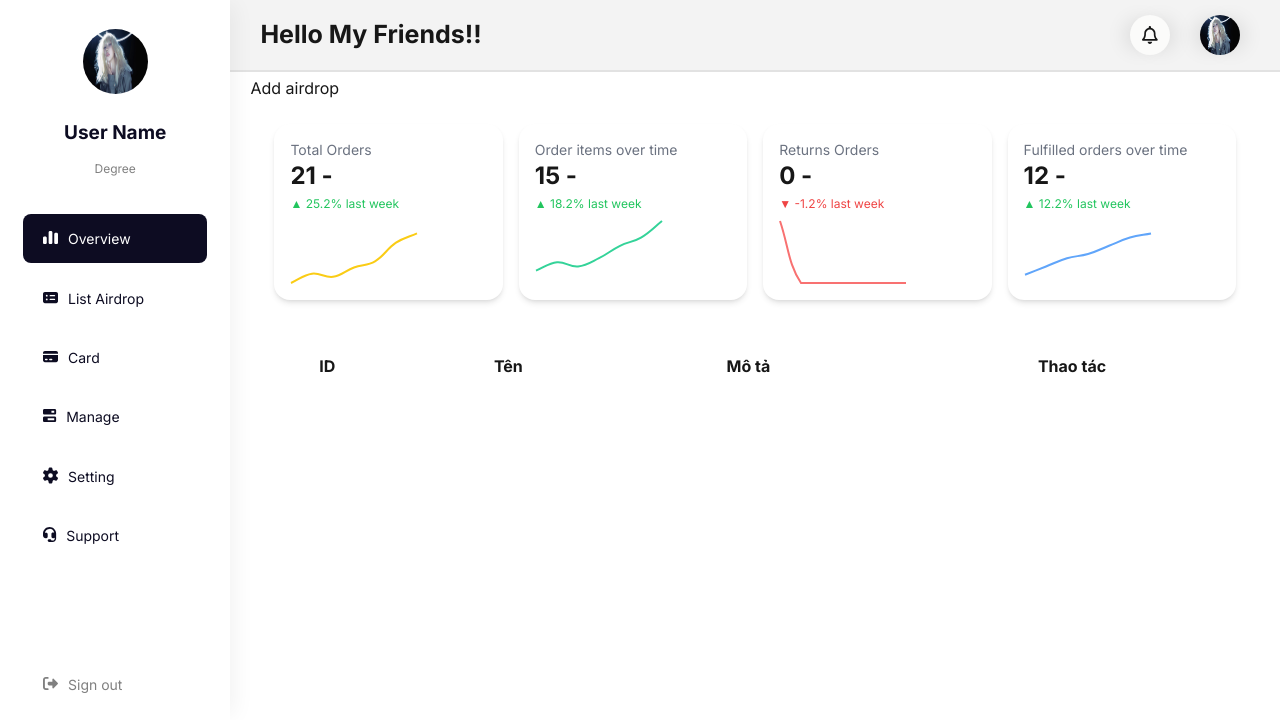
Repository: conGaStuer/airdropmamager
Page: /airdrops
The author's editor kept a copy of each file at every save. The page is drawn from the files as they stood at one save, then again after a run of saves.
The browser window is 1280 px wide. The pictures show the whole page.
The page's requests for data from a server got no answer. The project was rebuilt for these pictures with package versions that can differ from the ones it lists, and the page was loaded fresh each time. The framework's server and built-in components were replaced by stand-ins that run in the browser. No one was signed in, and anything a server would have sent is missing. Also part of the build but not shown: next.config.ts.

Above is the page before, as saved 2025-05-26 19:46:22.

### src/app/layout.tsx
// app/layout.tsx
import { Inter } from "next/font/google";
import "../styles/globals.css";
import NavBar from "@/components/NavBar";
import SideBar from "@/components/SideBar";

const inter = Inter({ subsets: ["latin"] });

export const metadata = {
  title: "Airdrop Admin",
  description: "Manage Airdrops",
};

// app/layout.tsx
export default function RootLayout({
  children,
}: {
  children: React.ReactNode;
}) {
  return (
    <html lang="en">
      <body>{children}</body>
    </html>
  );
}

### src/app/airdrops/layout.js
// app/airdrops/layout.js (hoặc layout.tsx nếu bạn dùng TypeScript)
"use client";
import React from "react";
import NavBar from "@/components/NavBar";
import SideBar from "@/components/SideBar";

export default function AirdropLayout({ children }) {
  return (
    <div className="flex">
      <SideBar />
      <div className="flex-1">
        <NavBar />
        <main className="pt-14 ">{children}</main>
      </div>
    </div>
  );
}

### src/app/airdrops/page.js
"use client";
import React from "react";
import { useState, useEffect } from "react";
import axios from "axios";
import { useRouter } from "next/navigation";

import StatCard from "@/components/StatCard";

export default function AirdropPages() {
  const [airdrops, setAirdrops] = useState([]);

  useEffect(() => {
    const fetchAirdrops = async () => {
      try {
        const res = await axios.get("http://localhost:5000/api/airdrops");
        setAirdrops(res.data);
      } catch (err) {
        console.error("Error fetching airdrops:", err);
      }
    };
    fetchAirdrops();
  }, []);

  const handleDelete = async (id) => {
    if (confirm("Bạn có chắc muốn xóa airdrop này không?")) {
      await axios.delete(`http://localhost:5000/api/airdrops/${id}`);
      const res = await axios.get("http://localhost:5000/api/airdrops");
      setAirdrops(res.data);
    }
  };
  const router = useRouter();
  return (
    <div style={{ padding: 20 }}>
      <button onClick={() => router.push("./airdrops/new")}>Add airdrop</button>
      <div className="p-6 grid grid-cols-1 md:grid-cols-2 lg:grid-cols-4 gap-4">
        <StatCard
          title="Total Orders"
          value={21}
          percentage={25.2}
          isUp={true}
          chartColor="#FACC15" // yellow
          data={[5, 8, 7, 10, 12, 18, 21]}
        />
        <StatCard
          title="Order items over time"
          value={15}
          percentage={18.2}
          isUp={true}
          chartColor="#34D399" // green
          data={[3, 5, 4, 6, 9, 11, 15]}
        />
        <StatCard
          title="Returns Orders"
          value={0}
          percentage={-1.2}
          isUp={false}
          chartColor="#F87171" // red
          data={[1, 0, 0, 0, 0, 0, 0]}
        />
        <StatCard
          title="Fulfilled orders over time"
          value={12}
          percentage={12.2}
          isUp={true}
          chartColor="#60A5FA" // blue
          data={[2, 4, 6, 7, 9, 11, 12]}
        />
      </div>
      <table
        border="1"
        cellPadding="10"
        style={{ marginTop: 20, width: "100%" }}
      >
        <thead>
          <tr>
            <th>ID</th>
            <th>Tên</th>
            <th>Mô tả</th>
            <th>Thao tác</th>
          </tr>
        </thead>
        <tbody>
          {airdrops.map((item) => (
            <tr key={item.id}>
              <td>{item.id}</td>
              <td>{item.name}</td>
              <td>{item.description}</td>
              <td>
                <button
                  onClick={() => router.push(`./airdrops/${item.id}/edit`)}
                >
                  Edit
                </button>
                <button onClick={() => handleDelete(item.id)}>Delete</button>
              </td>
            </tr>
          ))}
        </tbody>
      </table>
    </div>
  );
}

### src/styles/globals.css
@tailwind base;
@tailwind components;
@tailwind utilities;

:root {
  --background: #ffffff;
  --foreground: #171717;
}

@media (prefers-color-scheme: dark) {
  :root {
    --background: #ffffff;
    --foreground: #393737;
  }
}

body {
  color: var(--foreground);
  background: var(--background);
  font-family: inter;
  background-size: cover;
  background-position: center;
}

### src/components/NavBar.js
import React from "react";
import "../styles/navbar.scss";
import { FontAwesomeIcon } from "@fortawesome/react-fontawesome";
import {
  faEdit,
  faTrash,
  faRectangleList,
  faChartSimple,
  faCreditCard,
  faBarsProgress,
  faGear,
  faHeadset,
  faRightFromBracket,
  faRing,
} from "@fortawesome/free-solid-svg-icons";
import { faBell } from "@fortawesome/free-regular-svg-icons";
import Image from "next/image";
export default function NavBar() {
  return (
    <div className="nav-side">
      <p>Hello My Friends!!</p>
      <div className="menu">
        <div className="iconn">
          <FontAwesomeIcon icon={faBell} className="icon" />
        </div>
        <Image src="/styles/avt.jpg" alt="Avatar" width={20} height={20} />
      </div>
    </div>
  );
}

### src/components/SideBar.js
import React from "react";
import "../styles/sideBar.scss";
import { FontAwesomeIcon } from "@fortawesome/react-fontawesome";
import {
  faEdit,
  faTrash,
  faRectangleList,
  faChartSimple,
  faCreditCard,
  faBarsProgress,
  faGear,
  faHeadset,
  faRightFromBracket,
} from "@fortawesome/free-solid-svg-icons";
import Image from "next/image";
import Link from "next/link";
export default function SideBar() {
  return (
    <div className="side-bar">
      <div className="side-info">
        <div className="user-profile">
          <Image src="/styles/avt.jpg" alt="Avatar" width={80} height={80} />
          <h4>User Name</h4>
          <p>Degree</p>
        </div>
      </div>
      <div className="side-menu">
        <div className="menu-element menu-element1">
          <FontAwesomeIcon icon={faChartSimple} className="icon" />

          <span>Overview</span>
        </div>
        <Link href="./airdrops" className="menu-element">
          <FontAwesomeIcon icon={faRectangleList} className="icon" />

          <span>List Airdrop</span>
        </Link>
        <div className="menu-element">
          <FontAwesomeIcon icon={faCreditCard} className="icon" />
          <span>Card</span>
        </div>
        <div className="menu-element">
          <FontAwesomeIcon icon={faBarsProgress} className="icon" />
          <span>Manage</span>
        </div>
        <div className="menu-element">
          <FontAwesomeIcon icon={faGear} className="icon" />
          <span>Setting</span>
        </div>
        <div className="menu-element">
          <FontAwesomeIcon icon={faHeadset} className="icon" />

          <span>Support</span>
        </div>
      </div>
      <div className="side-logout">
        <FontAwesomeIcon icon={faRightFromBracket} className="icon" />
        <span>Sign out</span>
      </div>
    </div>
  );
}

### src/components/StatCard.js
import { Line } from "react-chartjs-2";
import {
  Chart as ChartJS,
  LineElement,
  CategoryScale,
  LinearScale,
  PointElement,
} from "chart.js";

ChartJS.register(LineElement, CategoryScale, LinearScale, PointElement);

export default function StatCard({
  title,
  value,
  percentage,
  chartColor,
  data,
  isUp,
}) {
  return (
    <div className="bg-white p-4 rounded-2xl shadow-md w-full max-w-xs ">
      <div className="text-sm text-gray-500">{title}</div>
      <div className="flex items-center justify-between">
        <div className="text-2xl font-bold">{value} -</div>
      </div>
      <div className="flex items-center text-xs text-gray-400 mt-1">
        <span className={isUp ? "text-green-500" : "text-red-500"}>
          {isUp ? "▲" : "▼"} {percentage}% last week
        </span>
      </div>
      <div className="h-16 mt-2">
        <Line
          data={{
            labels: data.map((_, i) => i),
            datasets: [
              {
                data,
                borderColor: chartColor,
                borderWidth: 2,
                tension: 0.4,
                pointRadius: 0,
              },
            ],
          }}
          options={{
            responsive: true,
            plugins: {
              legend: { display: false },
              tooltip: { enabled: false },
            },
            scales: {
              x: { display: false },
              y: { display: false },
            },
          }}
        />
      </div>
    </div>
  );
}

### src/styles/navbar.scss
@mixin center-div {
  display: flex;

  justify-content: space-between;
  align-items: center;
}
@mixin no-space-text {
  margin: 0px;
  padding: 0px;
}
.nav-side {
  width: 82%;
  height: 10vh;
  background-color: #f3f3f3;
  position: fixed;
  float: right;
  right: 0px;

  border-bottom-right-radius: 0px;
  @include center-div();
  padding-left: 30px;
  padding-right: 40px;
  border-bottom: 2px solid rgb(226, 226, 226);
  p {
    font-size: 25px;
    font-weight: bold;
    font-family: "Inter", sans-serif;
  }
  .menu {
    width: 120px;
    height: 90%;
    @include center-div();

    .iconn {
      width: 40px;
      height: 40px;
      background-color: #fbfbfa;
      border-radius: 50%;
      @include center-div();
      justify-content: center;
      position: relative;
      left: 10px;
      box-shadow: 10px 0 20px -5px rgba(0, 0, 0, 0.1),
        -10px 0 20px -5px rgba(0, 0, 0, 0.1);

      .icon {
        font-size: 18px;
      }
    }
    img {
      width: 40px;
      height: 40px;
      border-radius: 50%;
      box-shadow: 10px 0 20px -5px rgba(0, 0, 0, 0.1),
        -10px 0 20px -5px rgba(0, 0, 0, 0.1);
    }
  }
}

### src/styles/sideBar.scss
@mixin center-div {
  display: flex;
  flex-direction: column;
  justify-content: space-between;
  align-items: center;
}
@mixin no-space-text {
  margin: 0px;
  padding: 0px;
}
.side-bar {
  font-family: "Inter", sans-serif;
  @include center-div();
  width: 18%;
  height: 100vh;
  background-color: white;
  color: #808080;
  box-shadow: 10px 0 20px -5px rgba(0, 0, 0, 0.05),
    -10px 0 20px -5px rgba(0, 0, 0, 0.05);
  z-index: 1;
  .icon {
    font-size: 15px;
    margin-right: 10px;
    position: relative;
    top: -1px;
  }
  .side-info {
    width: 80%;
    height: 34%;
    display: flex;
    flex-direction: column;
    justify-content: space-around;
    align-items: center;
    position: relative;
    top: -10px;
    h4 {
      @include no-space-text();
      font-size: 18px;
      font-weight: bold;
    }
    .user-profile {
      width: 75%;
      height: 68%;
      @include center-div();

      img {
        width: 65px;
        height: 65px;
        border-radius: 50%;
      }
      h4 {
        font-size: 19px;
        font-weight: bold;
        @include no-space-text();
        position: relative;
        top: -3px;
        color: #0d0c22;
      }
      p {
        @include no-space-text();
        font-size: 12px;
        position: relative;
        top: -18px;
      }
    }
  }
  .side-menu {
    width: 80%;
    height: 48%;
    @include center-div();
    position: relative;
    top: -65px;
    .menu-element {
      width: 100%;
      height: 14%;
      background-color: white;
      border-radius: 8px;
      font-size: 14px;
      display: flex;
      align-items: center;
      padding: 20px;
      color: #0d0c22;
    }
    .menu-element1 {
      background-color: #0d0c22;
      color: white;
    }
  }
  .side-logout {
    width: 80%;
    height: 7%;
    display: flex;
    align-items: center;
    padding: 20px;
    margin-bottom: 10px;
    span {
      font-size: 14px;
    }
  }
}

### tailwind.config.ts
import type { Config } from "tailwindcss";

export default {
  content: [
    "./src/pages/**/*.{js,ts,jsx,tsx,mdx}",
    "./src/components/**/*.{js,ts,jsx,tsx,mdx}",
    "./src/app/**/*.{js,ts,jsx,tsx,mdx}",
  ],
  theme: {
    extend: {
      colors: {
        background: "var(--background)",
        foreground: "var(--foreground)",
      },
      fontFamily: {
        sans: ["var(--font-inter)", "sans-serif"],
      },
    },
  },
  plugins: [],
} satisfies Config;

After the next 2 saves:
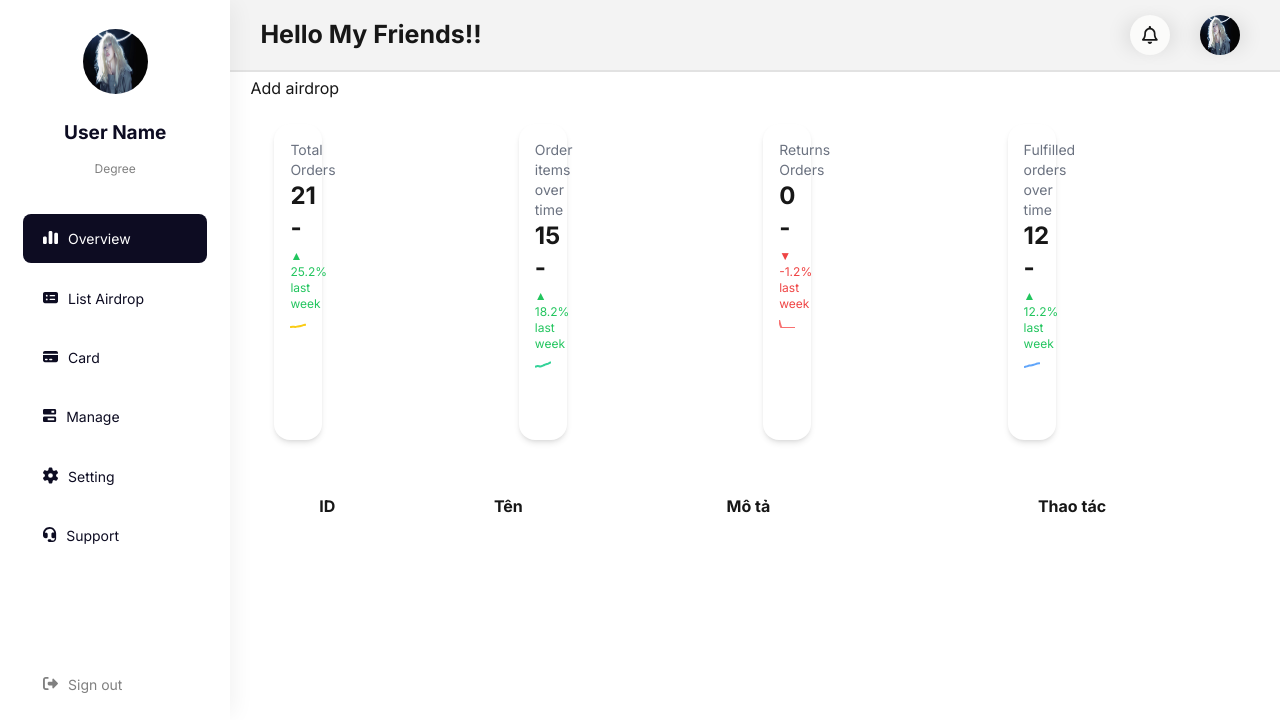
The 2 saves are shown as one change because they came seconds apart.
The last was saved 14 s later.
--- a/src/components/StatCard.js
+++ b/src/components/StatCard.js
@@ -18,7 +18,7 @@
   isUp,
 }) {
   return (
-    <div className="bg-white p-4 rounded-2xl shadow-md w-full max-w-xs ">
+    <div className="bg-white p-4 rounded-2xl shadow-md w-full max-w-12 ">
       <div className="text-sm text-gray-500">{title}</div>
       <div className="flex items-center justify-between">
         <div className="text-2xl font-bold">{value} -</div>

After the save that followed:
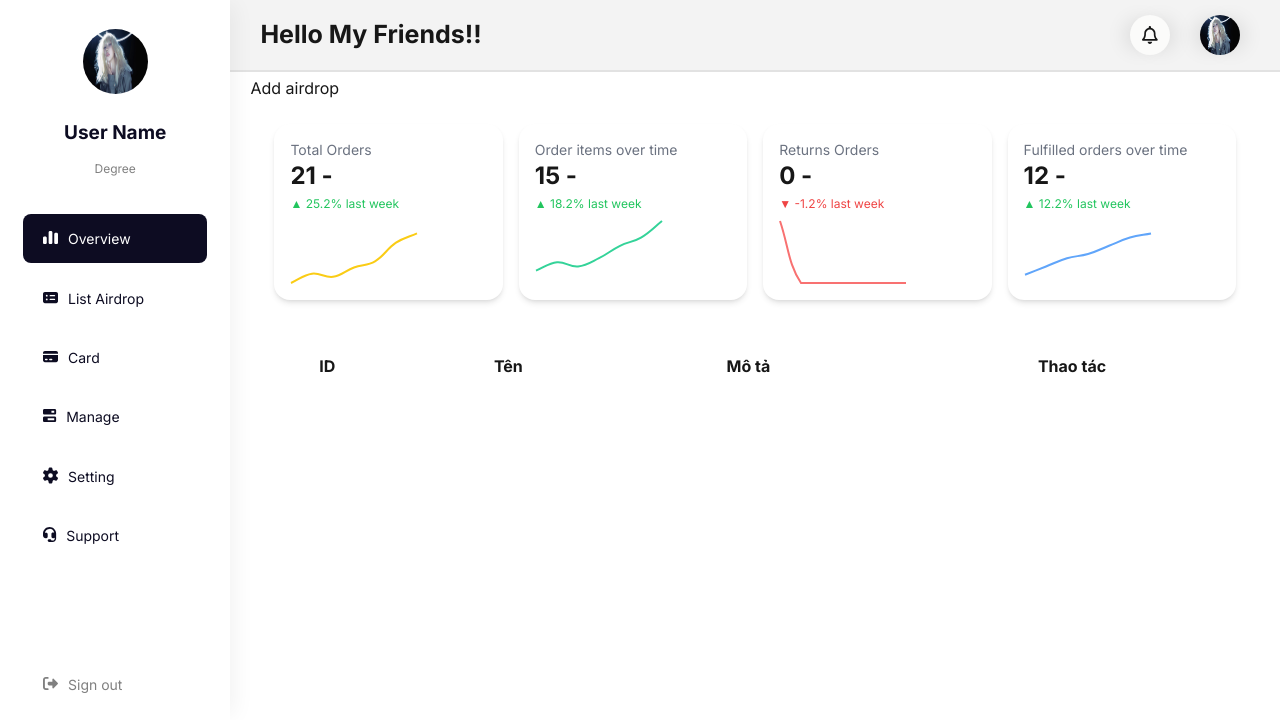
Saved 4 s later.
--- a/src/components/StatCard.js
+++ b/src/components/StatCard.js
@@ -18,7 +18,7 @@
   isUp,
 }) {
   return (
-    <div className="bg-white p-4 rounded-2xl shadow-md w-full max-w-12 ">
+    <div className="bg-white p-4 rounded-2xl shadow-md w-full max-w-sm ">
       <div className="text-sm text-gray-500">{title}</div>
       <div className="flex items-center justify-between">
         <div className="text-2xl font-bold">{value} -</div>
